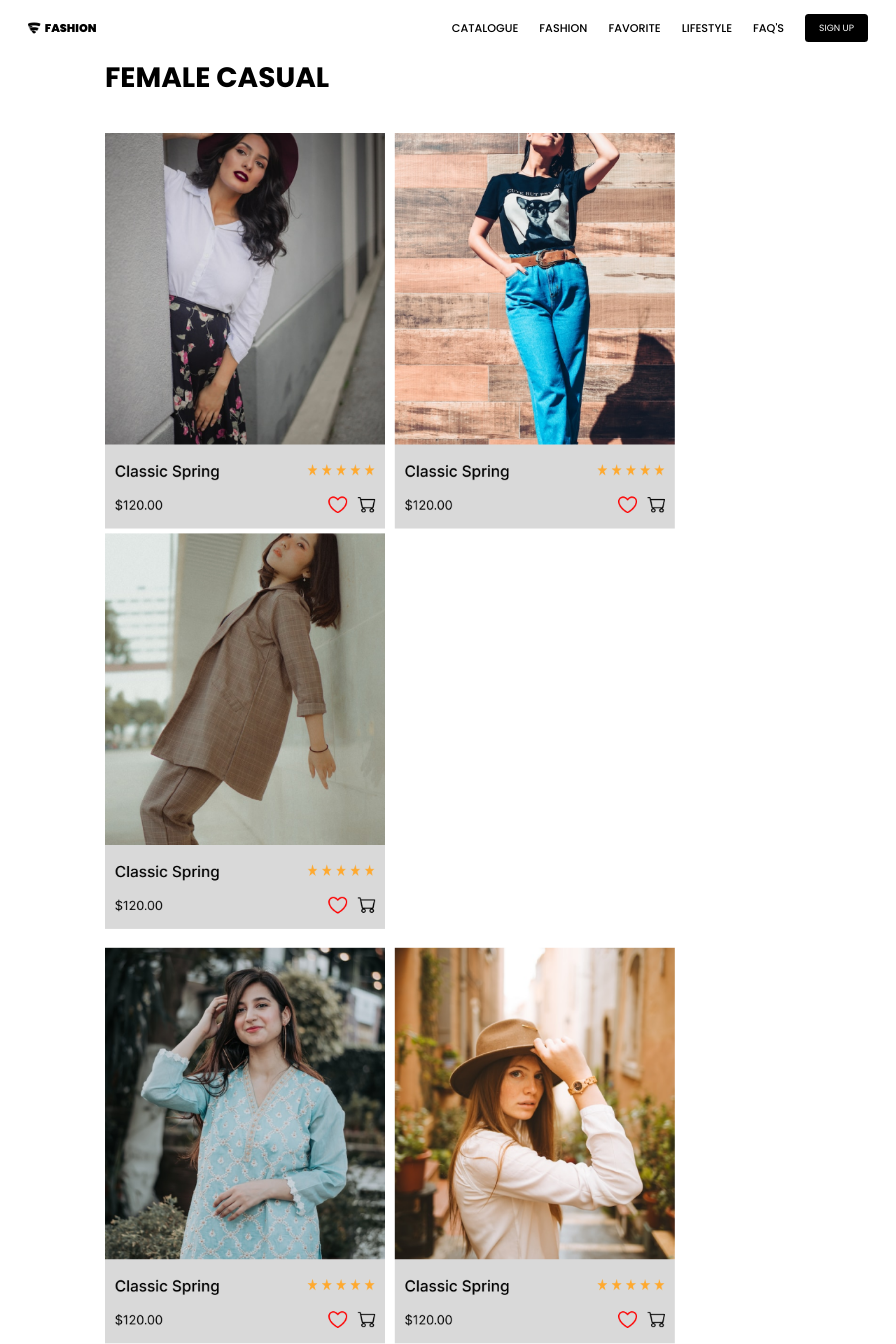
Repository: isaacCodes1/My-Project
Page: lifestyle.html
An editor plug-in stored every save of this project. The page is shown before and after the next save, followed by the edit.
The browser window is 1280 px wide. The pictures show the part of the page from y = 0 to 1920 px (the page is 3279 px tall before and 3327 px after), at 70% of full size.

Above is the page before, as saved 2024-03-21 18:55:35.

### lifestyle.html
<!DOCTYPE html>
<html lang="en">
  <head>
    <meta charset="UTF-8" />
    <meta name="viewport" content="width=device-width, initial-scale=1.0" />
    <link rel="stylesheet" href="style.css" />
    <link rel="stylesheet" href="Media query.css" />
    <title>Lifestyle Page</title>
  </head>
  <body>

    <main>
      <header>
        <nav>
          <!--------- NavItems ------->
          <div class="image">
            <a href="index.html"
              ><img src="/Assets/Pics/Vector (3).png" />FASHION</a
            >
          </div>
          <div class="navItems">
            <ul>
              <li><a href="catalogue.html">CATALOGUE</a></li>
              <li><a href="fashion.html">FASHION</a></li>
              <li><a href="favourite.html">FAVORITE</a></li>
              <li>
                <a style="color: #000" href="lifestyle.html">LIFESTYLE</a>
              </li>
              <li><a href="FAQ.html">FAQ'S</a></li>
            </ul>
            <a href="form.html"><button>SIGN UP</button></a>
          </div>
        </nav>
      </header>
    </main>
    <section class="faetured">
      <div class="featuredTxt">
        <h1>FEMALE CASUAL</h1>
      </div>
      <div class="featuredImg">
        <img src="/Assets/Group 307.png" alt="" />
        <img src="/Assets/Group 308.png" alt="" />
        <img src="/Assets/Group 309.png " alt="" />
      </div>
    </section>
    <section class="faetured">
      <div class="featuredImg">
        <img src="/Assets/Group 310.png" alt="" />
        <img src="/Assets/Group 311.png" alt="" />
        <img src="/Assets/Group 312.png" alt="" />
      </div>
    </section>
    <section class="foot">
      <div class="genFoot">
        <div class="footTxt">
          <h1>FEMALE ACCESSORIES</h1>
          <p>Lorem, ipsum dolor sit amet consectetur adipisicing.</p>
        </div>
        <div class="footImg">
          <img src="/Assets/Purple girl.png" alt="" />
          <img src="/Assets/tools.png" alt="" />
          <img src="/Assets/Classy.png" alt="" />
          <img src="/Assets/Paint brush.png" alt="" />
          <img src="/Assets/Head.png" alt="" />
          <img src="/Assets/Heels.png" alt="" />
        </div>
      </div>
    </section>
    <section class="foot">
      <div class="footDiv">
        <div class="footTxt">
          <h1>FASHION</h1>
          <p>
            Complete your style with awesome <br />
            clothes from us.
          </p>
          <div class="socialIcons">
            <div class="icon">
              <a href="https://www.facebook.com/profile.php?id=61551880766580">
                <img src="/Assets/Pics/Facebook.png" alt=""
              /></a>
            </div>
            <div class="icon">
              <a href="https://www.instagram.com/"
                ><img src="/Assets/Pics/Instagram.png" alt=""
              /></a>
            </div>
            <div class="icon">
              <a href="#"><img src="/Assets/Pics/Twitter.png" alt="" /></a>
            </div>
            <div class="icon">
              <a href="#"><img src="/Assets/Pics/Linkedn.png" alt="" /></a>
            </div>
          </div>
        </div>

        <div class="socialIcons">
          <div class="links">
            <div class="links1"><a href="">Company</a></div>
            <div class="links2"><a href="">About</a></div>
            <div class="links2"><a href="">Contact Us</a></div>
            <div class="links2"><a href="">Support</a></div>
            <div class="links2"><a href="">Careers</a></div>
          </div>
          <div class="links">
            <div class="links1"><a href="">QuickLink</a></div>
            <div class="links2"><a href="">Share Location</a></div>
            <div class="links2"><a href="">Orders Tracking</a></div>
            <div class="links2"><a href="">Size Guide</a></div>
            <div class="links2"><a href="">FAQs</a></div>
          </div>
          <div class="links">
            <div class="links1"><a href="">Legal</a></div>
            <div class="links2"><a href="">Terms & Conditions</a></div>
            <div class="links2"><a href="">Privacy</a></div>
          </div>
        </div>
      </div>
    </section>
  </body>

</html>

### style.css
@import url("https://fonts.googleapis.com/css2?family=Poppins:ital,wght@0,100;0,200;0,300;0,400;0,500;0,600;0,700;0,800;0,900;1,100;1,200;1,300;1,400;1,500;1,600;1,700;1,800;1,900&display=swap");
* {
  margin: 0;
  padding: 0;
  box-sizing: border-box;
  font-family: "Poppins", sans-serif;
}
nav {
  display: flex;
  align-items: center;
  justify-content: space-between;
  width: 100%;
  padding: 20px 40px;
}

.image a {
  display: flex;
  align-items: center;
  gap: 6px;
  text-decoration: none;
  color: #000;
  font-size: 16px;
  font-weight: 900;
}
.image a img {
  width: 16%;
}
.navItems {
  display: flex;
  gap: 30px;
  align-items: center;
}
.navItems ul {
  display: flex;
  gap: 30px;
  list-style: none;
}
.navItems ul li a {
  text-decoration: none;
  color: #000;
  font-size: 16px;
  font-weight: 500;
}
.navItems ul li a:hover {
  transform: scale(1.05);
  color: #ebd96b;
  font-style: italic;
  border: 1px solid #000;
  transition: 1s ease-in-out;
}
.navItems button {
  border: 0;
  background: #000;
  padding: 10px 20px;
  color: #fff;
  border-radius: 5px;
  font-size: 13px;
}
.navItems button:hover {
  transform: scale(1.05);
  transition: 1s ease-in-out;
  color: #000;
  background: rgb(137, 136, 136);
}
.welcome {
  font-size: 30px;
  font-weight: 900;
  font-style: oblique;
}
.firstPageCont {
  padding: 20px 40px;
}
.FirstPage {
  display: flex;
  flex: 1;
  width: 100%;
  height: 90vh;
  padding: 40px 10px 0px 10px;
  border-radius: 30px;
  background: #f4f6f5;
}
.txtCont {
  display: flex;
  flex: 0.5;
  flex-direction: column;
  gap: 10px;
  padding-left: 40px;
}

.txtCont h1 {
  font-size: 64px;
  font-weight: 900;
  width: 50%;
  line-height: 75px;
}

.txtCont p {
  font-size: 20px;
}
.txtBtn {
  display: flex;
  align-items: center;
  width: 80%;
  margin-top: 10px;
  gap: 10px;
}
.btns {
  border: 0;
  background: #000;
  padding: 10px 20px;
  color: #fff;
  border-radius: 5px;
  font-size: 19px;
}
.btns:hover {
  transform: scale(1.05);
  transition: 1s ease-in-out;
  color: #000;
  background: rgb(137, 136, 136);
}
.txtBtn img {
  width: 100px;
}
.imgCont {
  flex: 0.5;
  display: flex;
  position: relative;
}
.star1 {
  position: absolute;
  top: 5px;
  left: 10px;
}
.star1 img {
  width: 30px;
}
.star2 {
  position: absolute;
  top: 20px;
  left: 450px;
}
.star2 img {
  width: 30px;
}
.star3 {
  position: absolute;
  bottom: 10px;
  left: 70px;
}
.star3 img {
  width: 30px;
}
.star4 {
  position: absolute;
  bottom: 20px;
  left: 400px;
}
.star4 img {
  width: 30px;
}
.spn1 {
  display: flex;
  align-items: center;
  background-image: url(/Assets/Pics/rectangle1.png);
  background-size: cover;
  background-repeat: no-repeat;
  width: 100%;
  padding-left: 20px;
}
.spn2 {
  background-image: url(/Assets/Pics/Rectangle2.png);
  background-size: cover;
  background-repeat: no-repeat;
  padding-right: 50px;
  padding-left: 20px;
}
/* next Page */
.firstPageFooter {
  background: #ebd96b;
  padding: 20px 10px;
  display: flex;
  align-items: center;
  justify-content: center;
}
.logoCont {
  display: flex;
  justify-content: center;
  gap: 100px;
}
.logoCont img {
  width: 7%;
}
.nextPageCont {
  margin-top: 20px;
  padding: 20px 40px;
  display: flex;
  flex-direction: column;
  gap: 55px;
  margin-bottom: 50px;
}
.nextPageText {
  position: relative;
}
.nextPageText h1 {
  font-size: 38px;
  letter-spacing: 1px;
  font-weight: 900;
}
.nextPageText img {
  position: absolute;
  bottom: 5px;
  left: 200px;
  width: 10%;
  z-index: -1;
}
.prettyImages {
  display: flex;
  gap: 35px;
}

.prettyImg img {
  width: 100%;
}
.payDay {
  background: linear-gradient(
    1.32deg,
    #e0c340 0.13%,
    #dfc23e 3.97%,
    #e1c441 7.2%,
    #e3c743 10.13%,
    #e4c542 12.98%,
    #e6c744 15.99%,
    #e7c845 19.52%,
    #e5c643 23.96%,
    #e6c945 30.43%,
    #e3c743 36.49%,
    #e9ca48 42.49%,
    #edce49 49.35%,
    #f0d44c 55.42%,
    #f4d84f 61.43%,
    #f6da52 65.74%,
    #f7db53 72.23%,
    #f9dd55 77.43%,
    #f9df56 83.84%,
    #fae157 91.52%,
    #f9df56 97.87%
  );
}
.yellowTxt {
  flex-direction: column;
  margin-bottom: 10px;
}
.yellowTxt h1 {
  font-size: 65px;
  font-weight: 900;
}
.yellowTxt p {
  font-size: 22px;
  font-weight: 500;
}

.yellowImg img {
  flex: 0.5;
  display: flex;
  width: 600px;
  position: relative;
}

.genDiv {
  display: flex;
  align-items: center;
}
.btn1 {
  border: 0;
  background: #000;
  padding: 15px 25px;
  color: #fff;
  border-radius: 5px;
  font-size: 18px;
  font-weight: 500;
}
.btn:hover {
  transform: scale(1.05);
  transition: 1s ease-in-out;
  color: #000;
  background: rgb(137, 136, 136);
}
.spn3 {
  display: flex;
  background-image: url(/Assets/rectangle1.png);
  background-size: cover;
  background-repeat: no-repeat;
  width: 300px;
}
.nxtSect {
  margin-top: 20px;
  padding: 20px 40px;
  display: flex;
  flex-direction: column;
  gap: 50px;
  margin-bottom: 50px;
}
.Images2 {
  display: flex;
}
.prettyImg2 {
  position: relative;
}
.prettyImg2 img {
  width: 70;
  height: 500px;
  margin-left: 70px;
}
.nextPageCont2 {
  margin-top: 20px;
  padding: 20px 40px;
  display: flex;
  gap: 50px;
  margin-bottom: 50px;
  display: flex;
  justify-content: space-between;
  align-items: center;
}
.nextPageText2 {
  display: flex;
  flex-direction: column;
  margin-left: 50px;
}
.nextPageText2 p {
  margin-bottom: 30px;
  color: #898a89;
}
.nextPageText2 h1 {
  font-size: 30px;
  letter-spacing: 1px;
  font-weight: 900;
}
.nextPageText2 img {
  width: 30%;
  cursor: pointer;
  display: flex;
}
.store {
  display: flex;
  justify-content: space-between;
}
.store a img {
  width: 140px;
  gap: 50px;
}
.circle1 {
  position: absolute;
  right: 350px;
  bottom: 500px;
}
.circle1 img {
  width: 15px;
  height: 15px;
  display: flex;
}
.circley {
  position: absolute;
  right: 0;
  bottom: 470px;
}
.circley img {
  width: 30px;
  height: 30px;
}
.circleye {
  position: absolute;
  right: 400px;
  bottom: 60px;
}
.circleye img {
  width: 17px;
  height: 17px;
}
.circle2 {
  position: absolute;
  right: 0;
  bottom: 100px;
}
.circle2 img {
  width: 10px;
  height: 10px;
}
.elipses {
  position: absolute;
}
.bigC {
  position: absolute;
  right: -12px;
  bottom: 100px;
  z-index: -1;
}
.bigC img {
  width: 300px;
  height: 300px;
  background: transparent;
}

.largeC {
  position: absolute;
  right: -41px;
  bottom: 70px;
  z-index: -1;
}
.largeC img {
  width: 360px;
  height: 360px;
  /* background: transparent; */
}
.largeC1 {
  position: absolute;
  right: -70px;
  bottom: 50px;
  z-index: -1;
}
.largeC1 img {
  width: 420px;
  height: 400px;
}
.footerDiv {
  background: #e5c643;
  padding-bottom: 170px;
}
.h1footer {
  color: #fff;
  text-align: center;
  padding-top: 50px;
  font-size: 30px;
  font-weight: 1000;
}
.pFooter {
  display: flex;
  flex-direction: column;
  justify-content: center;
  align-items: center;
  text-align: center;
  color: #fff;
  font-size: 30px;
}

.input {
  background: #fff;
  width: 40%;
  padding: 5px 0px;
  border-radius: 10px;
}
.input input {
  background: none;
  border: 0;
  padding: 13px 0px 13px 0px;
  width: 76%;
  font-size: 17px;
  outline: 0;
}
.input a {
  font-size: 20px;
  text-decoration: 0;
  color: #fff;
  background: #000;
  padding: 10px 30px;
  border-radius: 5px;
}
.input a:hover {
  transform: scale(1.05);
  transition: 1s ease-in-out;
  color: #000;
  background: rgb(137, 136, 136);
}
.alert {
  border: 1px solid;
  text-decoration: none;
  font-size: 15px;
  background: blue;
  color: #fff;
  border-top-left-radius: 15px;
}
.alert:hover {
  background: black;
  color: #fff;
  border-top-left-radius: 5px;
  transition: 1s ease-in-out;
}
.footDiv {
  display: flex;
  background: #000;

  place-items: center;
  padding: 100px;
}

.footTxt {
  display: flex;
  flex-direction: column;
  gap: 15px;
}
.footTxt h1 {
  color: #fff;
  font-size: 30px;
  font-weight: 900;
}
.footTxt p {
  color: #777;
  font-size: 18px;
}
.socialIcons {
  display: flex;
  gap: 20px;
}

.icon {
  background: #ebd96b;
  width: 30px;
  display: flex;
  align-items: center;
  justify-content: center;
  height: 30px;
  border-radius: 8px;
}
.icon img {
  display: flex;
  align-items: center;
  width: 40px;
  place-items: center;
}
.btn33 {
  background: #000;
  color: #fff;
  padding: 15px;
  border-radius: 7px;
  border: 1px;
  font-size: 16px;
  transition: 1s ease-in-out;
}
.btn33:hover {
  color: #000;
  background: #dbdbdb;
}
.links {
  margin-left: 150px;
  padding-right: 20px;
  margin-bottom: 50px;
}
.links1 a {
  color: #fff;
  font-size: 18px;
  text-decoration: none;
}
.links2 a {
  text-decoration: none;
  color: #777;
  font-size: 11px;
}
.links1 {
  display: flex;
  flex-direction: column;
  color: #fff;
  font-size: 18px;
  margin-top: 0px;
}
.links2 {
  color: #777;
  font-size: 11px;
  padding-top: 5px;
}
.faetured {
  margin-bottom: 20px;
}
.faetured1 {
  margin-bottom: 50px;
}
.featuredTxt h1 {
  font-size: 40px;
  margin-left: 150px;
  margin-bottom: 50px;
}
.featuredImg {
  margin-left: 150px;
}
.featuredImg img {
  margin-right: 10px;
}
.welcome1 {
  font-size: 18px;
  font-weight: bold;
  font-style: italic;
}
.bee {
  margin-bottom: 40px;
}
.beeGen {
  background: url(/Assets/Background.png);
  background-repeat: no-repeat;
  display: flex;
}
.beetxt {
  color: #fff;
  margin-top: 70px;
}
.beetxt h1 {
  font-size: 30px;
  text-align: center;
}
.beetxt p {
  text-align: center;
  font-size: 15px;
}
.bbtn {
  border: 1px #fff;
  padding: 1px;
  font-size: 14px;
  margin-left: 200px;
  background: rgba(58, 56, 56, 0.274);
  transition: 1s ease-in-out;
}
.bbtn:hover {
  color: #000;
  background: #fff;
  transform: scale(1.05);
}
.sign {
  text-decoration: none;
}
.button2 {
  background-color: white;
  color: black;
  border-radius: 10em;
  font-size: 17px;
  font-weight: 600;
  padding: 1em 2em;
  cursor: pointer;
  transition: all 0.3s ease-in-out;
  border: 1px solid black;
  box-shadow: 0 0 0 0 black;
}

.button2:hover {
  transform: translateY(-4px) translateX(-2px);
  box-shadow: 2px 5px 0 0 black;
}

.button2:active {
  transform: translateY(2px) translateX(1px);
  box-shadow: 0 0 0 0 black;
}
.genFoot {
  background: #dbdbdb;
  padding-left: 90px;
}
.footTxt h1 {
  color: #000;
}
.footTxt p {
  color: #000;
}

### Media query.css
@media (max-width: 488px) {
  nav {
    flex-direction: column;
    gap: 10px;
    background: #dbdbdb;
  }
  .navItems {
    flex-direction: column;
    gap: 10px;
    color: #fff;
  }
  .navItems ul {
    gap: 15px;
    color: #fff;
    border: 1px solid #000;
  }
  .navItems ul li a {
    font-size: 13px;
  }
  .welcome {
    font-size: 20px;
  }
  .firstPageCont {
    padding: 0px;
  }
  .FirstPage {
    flex-direction: column;
    height: auto;
    padding: 0px;
  }

  .txtCont h1 {
    font-size: 50px;
    width: 100%;
  }
  .txtCont p {
    font-size: 15px;
  }
  .btns {
    font-size: 12px;
    margin-bottom: 20px;
  }
  .imgCont {
    flex-direction: column;
    width: 100%;
    display: none;
  }
  .spn1 {
    display: flex;
    align-items: center;
    background-image: url(/Assets/Pics/rectangle1.png);
    background-size: cover;
    background-repeat: no-repeat;
    width: 60%;
  }
  .spn2 {
    background-image: url(/Assets/Pics/Rectangle2.png);
    background-size: cover;
    background-repeat: no-repeat;
  }
  .logoCont {
    display: flex;
    justify-content: center;
    gap: 20px;
  }
  .logoCont img {
    width: 10%;
  }
  .prettyImages {
    display: flex;
    flex-direction: column;
  }
  .nextPageText img {
    position: absolute;
    bottom: 10px;
    left: 120px;
    width: 30%;
    z-index: -1;
  }
  .cardsContainer {
    display: flex;
    flex-direction: column;
    gap: 20px;
  }
  .genDiv {
    display: flex;
    flex-direction: column;
  }
  .yellowImg img {
    width: 100%;
  }
  .yellowTxt h1 {
    font-size: 40px;
  }
  .spn3 {
    width: 200px;
  }
  .yellowTxt p {
    font-size: 15px;
  }
  .btn {
    font-size: 12px;
  }
  .nextPageCont2 {
    display: flex;
    flex-direction: column;
    margin-bottom: 10px;
  }
  .nextPageText2 {
    margin-left: 0;
  }
  .nextPageText2 h1 {
    font-size: 25px;
  }
  .prettyImg2 {
    display: none;
  }
  .footerDiv {
    margin-left: 0;
  }
  .h1footer {
    font-size: 11px;
    text-align: 20px;
  }
  .pFooter p {
    font-size: 10px;
    margin-bottom: 2 0px;
  }
  .input {
    width: 90%;
  }
  .input::placeholder {
    font-size: 12px;
  }
  .input a {
    font-size: 5px;
  }
  .footDiv {
    display: flex;
    flex-direction: column;
    align-items: center;
  }
  .links {
    margin-left: 5px;
  }
  .icon {
    margin-bottom: 20px;
  }
  .icon img {
    width: 30px;
  }
  .links1 a {
    font-size: 15px;
  }
  .featuredTxt h1 {
    font-size: 20px;
    text-align: center;
  }
  .featuredImg img {
    width: 200px;
  }
  .beeGen {
    display: none;
  }
  .footTxt h1 {
    color: #fff;
  }
}

After the next save:
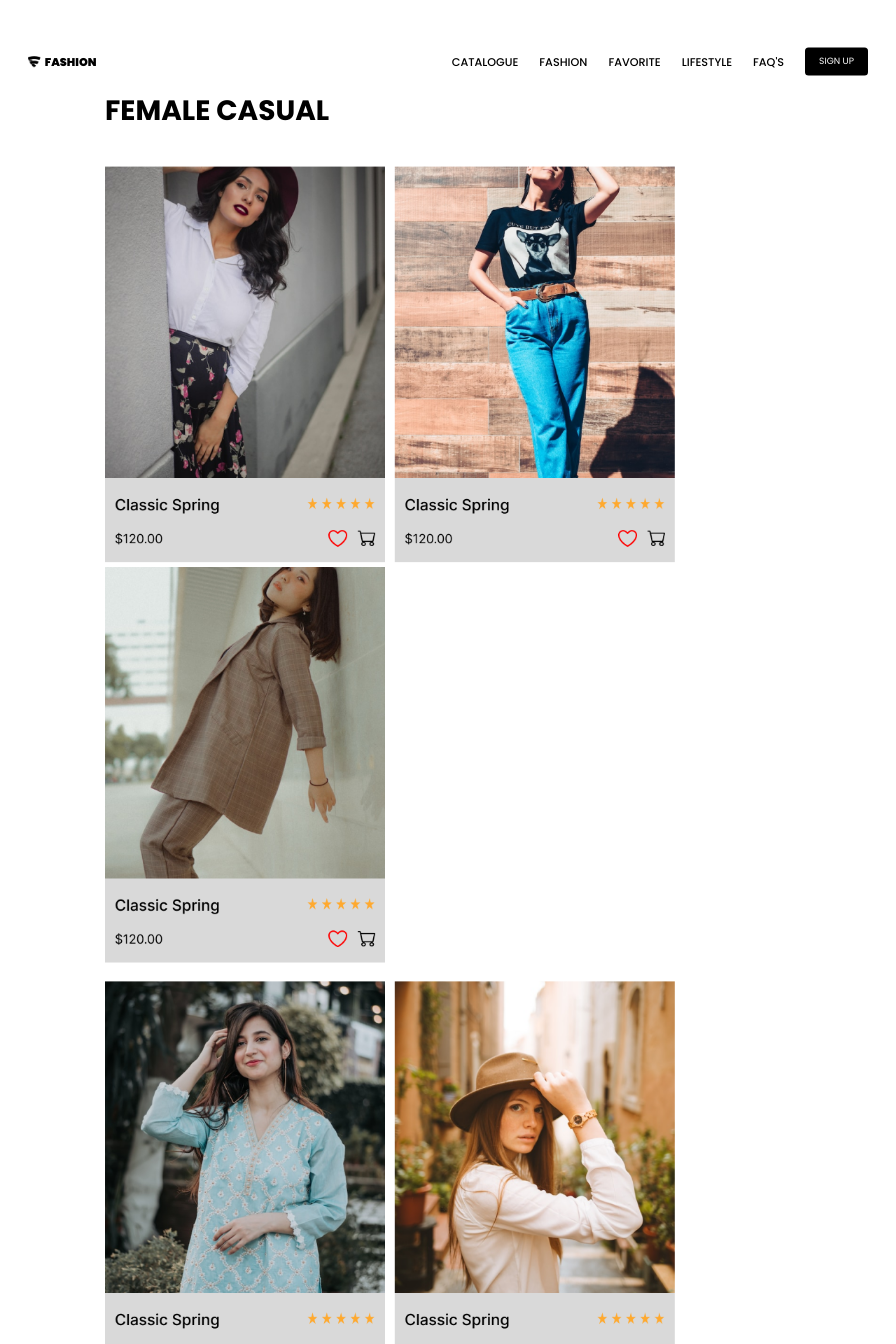
Saved 5 s later.
--- a/lifestyle.html
+++ b/lifestyle.html
@@ -8,7 +8,7 @@
     <title>Lifestyle Page</title>
   </head>
   <body>
-
+    <h1><marquee behavior="" direction=""></marquee></h1>
     <main>
       <header>
         <nav>
